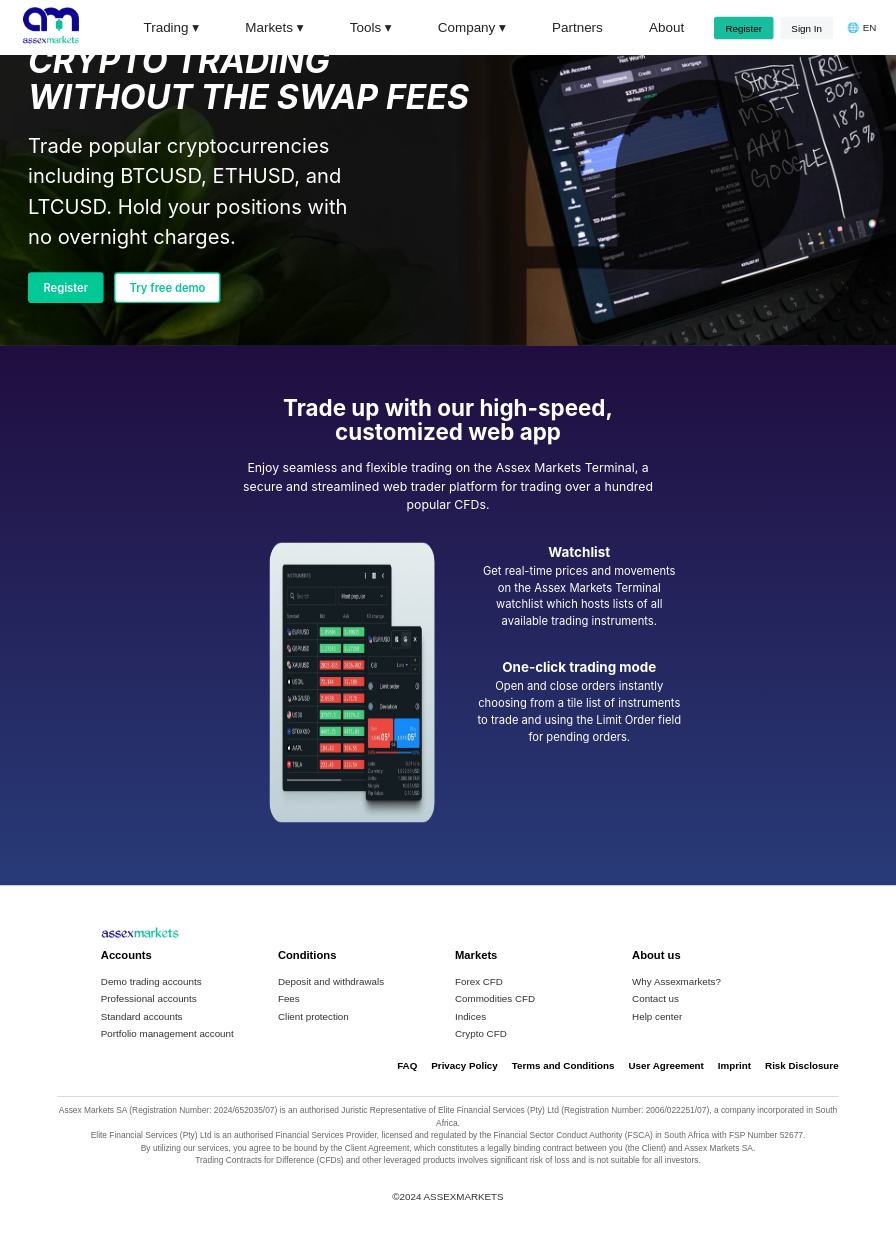
Repository: RevenewMarketing/Assex
Page: /webinar
The author's editor kept a copy of each file at every save. The page is drawn from the files as they stood at one save, then again after a run of saves.
The browser window is 1280 px wide. The pictures show the whole page, at 70% of full size.
The project was rebuilt for these pictures with package versions that can differ from the ones it lists, and the page was loaded fresh each time. Also part of the build but not shown: vite.config.ts, src/pages/home/sections/HeroSection.module.css, src/pages/home/sections/HeroSection.tsx, src/pages/home/sections/Section2.tsx, src/pages/home/sections/Section3.tsx, src/pages/home/sections/Section4.tsx, src/pages/home/sections/Section5.tsx, src/pages/home/sections/Section6.tsx and 32 more.

Above is the page before, as saved 2024-11-29 12:17:52.

### index.html
<!doctype html>
<html lang="en">
  <head>
    <meta charset="UTF-8" />
    <link rel="icon" type="image/svg+xml" href="/vite.svg" />
    <meta name="viewport" content="width=device-width, initial-scale=1.0" />
    <title>Assex</title>
  </head>
  <body>
    <div id="root"></div>
    <script type="module" src="/src/main.tsx"></script>
  </body>
</html>

### src/index.css
:root {
  font-family: Inter, system-ui, Avenir, Helvetica, Arial, sans-serif;
  line-height: 1.5;
  font-weight: 400;
  color-scheme: light dark;
  color: rgba(255, 255, 255, 0.87);
  background-color: #ffffff;
  font-synthesis: none;
  max-width: 1920px;
  margin: auto;
  text-rendering: optimizeLegibility;
  -webkit-font-smoothing: antialiased;
  -moz-osx-font-smoothing: grayscale;
  /* Smooth scrolling */
  scroll-behavior: smooth;
}

a {
  font-weight: 500;
  color: #646cff;
  text-decoration: inherit;
}

a:hover {
  color: #535bf2;
}

body {
  margin: 0;
  display: flex;
  place-items: center;
  min-width: 320px;
  min-height: 100vh;
  background-color: #FFF;
  /* align-content: center; */
  flex-direction: column;
  justify-content: flex-start;
}

h1 {
  font-size: 3.2em;
  line-height: 1.1;
}

button {
  border-radius: 8px;
  border: 1px solid transparent;
  padding: 0.6em 1.2em;
  font-size: 1em;
  font-weight: 500;
  font-family: inherit;
  background-color: #1a1a1a;
  cursor: pointer;
  transition: border-color 0.25s;
}

button:hover {
  border-color: #646cff;
}

button:focus,
button:focus-visible {
  outline: 4px auto -webkit-focus-ring-color;
}

@media (prefers-color-scheme: light) {
  :root {
    color: #213547;
    background-color: #ffffff;
  }

  a:hover {
    color: #747bff;
  }

  button {
    background-color: #f9f9f9;
  }
}

### src/App.tsx

import './App.css'
// import Navigation from './pages/home/Navigation'
import NavigationMenu from './components/navigation-menu/NavigationMenu'

import { BrowserRouter, Route, Routes } from 'react-router';
import Home from './pages/home/Home';
import Footer from './components/footer-section/Footer';
import About from './pages/about/About';
import Partner from './pages/partner/Partner';
import AccountTypeCrypto from './pages/account_type_crypto/AccountTypeCrypto';
import Webinar from './pages/web-terminal/Webinar';

function App() {

  return (
    <>
    <BrowserRouter>
    <NavigationMenu />
    <Routes>
      <Route path="/" element={<Home />} />
      <Route path="/about" element={<About />} />
      <Route path="/partner" element={<Partner />} />
      <Route path="/atc" element={<AccountTypeCrypto />} />
      <Route path="/webinar" element={<Webinar />} />
      {/* Define other routes */}
    </Routes>
    <Footer />
  </BrowserRouter>


    </>
  )
}

export default App

### src/App.css
#root {
  max-width: 1920px;
  width: 100%;
  margin: 0 auto;
  padding: 0;
  text-align: center;
}

.logo {
  height: 6em;
  padding: 1.5em;
  will-change: filter;
  transition: filter 300ms;
}
.logo:hover {
  filter: drop-shadow(0 0 2em #646cffaa);
}
.logo.react:hover {
  filter: drop-shadow(0 0 2em #61dafbaa);
}

@keyframes logo-spin {
  from {
    transform: rotate(0deg);
  }
  to {
    transform: rotate(360deg);
  }
}

@media (prefers-reduced-motion: no-preference) {
  a:nth-of-type(2) .logo {
    animation: logo-spin infinite 20s linear;
  }
}

.card {
  padding: 2em;
}

.read-the-docs {
  color: #888;
}

/* Auth Buttons */
.authButtons {
  /* margin-left: auto; */
  display: flex;
  gap: 10px;
}

### src/components/footer-section/Footer.tsx
import styles from './FooterStyles.module.css';
import essexLogo from '../../assets/pages/Global/2-Footer/1AssexMarket-WordMark.png';
import { Link } from 'react-router';

const footerContent = {
  accounts: [
    { title: 'Demo trading accounts', isActive: false },
    { title: 'Professional accounts', isActive: false },
    { title: 'Standard accounts', isActive: false },
    { title: 'Portfolio management account', isActive: false },
  ],
  conditions: [
    { title: 'Deposit and withdrawals', isActive: false },
    { title: 'Fees', isActive: false },
    { title: 'Client protection', isActive: false },
  ],
  markets: [
    { title: 'Forex CFD', isActive: false },
    { title: 'Commodities CFD', isActive: false },
    { title: 'Indices', isActive: false },
    { title: 'Crypto CFD', isActive: false },
  ],
  aboutUs: [
    { title: 'Why Assexmarkets?', isActive: false },
    { title: 'Contact us', isActive: false },
    { title: 'Help center', isActive: false },
  ],
  links: [
    { title: 'FAQ', isActive: false },
    { title: 'Privacy Policy', isActive: false },
    { title: 'Terms and Conditions', isActive: false },
    { title: 'User Agreement', isActive: false },
    { title: 'Imprint', isActive: false },
    { title: 'Risk Disclosure', isActive: false },
  ],
  details: [
    'Assex Markets SA (Registration Number: 2024/652035/07) is an authorised Juristic Representative of Elite Financial Services (Pty) Ltd (Registration Number: 2006/022251/07), a company incorporated in South Africa.',
    'Elite Financial Services (Pty) Ltd is an authorised Financial Services Provider, licensed and regulated by the Financial Sector Conduct Authority (FSCA) in South Africa with FSP Number 52677.',
    'By utilizing our services, you agree to be bound by the Client Agreement, which constitutes a legally binding contract between you (the Client) and Assex Markets SA.',
    'Trading Contracts for Difference (CFDs) and other leveraged products involves significant risk of loss and is not suitable for all investors.',
  ],
};

const Footer: React.FC = () => {
  return (
    <footer className={styles.footerContainer}>
      <div className={styles.logoContainer}>
        <img src={essexLogo} alt="Assex Markets Logo" />
      </div>
      <div className={styles.columnsContainer}>
        <div>
          <h4>Accounts</h4>
          <ul>
            {footerContent.accounts.map((account, index) => (
              <li
                key={index}
                className={!account.isActive ? styles.noDrag : undefined}
              >
                {account.title}
              </li>
            ))}
          </ul>
        </div>
        <div>
          <h4>Conditions</h4>
          <ul>
            {footerContent.conditions.map((condition, index) => (
              <li
                key={index}
                className={!condition.isActive ? styles.noDrag : undefined}
              >
                {condition.title}
              </li>
            ))}
          </ul>
        </div>
        <div>
          <h4>Markets</h4>
          <ul>
            {footerContent.markets.map((market, index) => (
              <li
                key={index}
                className={!market.isActive ? styles.noDrag : undefined}
              >
                {market.title}
              </li>
            ))}
          </ul>
        </div>
        <div>
          <Link to="/about">
            <h4>About us</h4>
          </Link>
          <ul>
            {footerContent.aboutUs.map((about, index) => (
              <li
                key={index}
                className={!about.isActive ? styles.noDrag : undefined}
              >
                {about.title}
              </li>
            ))}
          </ul>
        </div>
      </div>
      <div className={styles.linksContainer}>
        {footerContent.links.map((link, index) => (
          <a
            href="#"
            key={index}
            className={!link.isActive ? styles.noDrag : undefined}
          >
            {link.title}
          </a>
        ))}
      </div>
      <div className={styles.details}>
        {footerContent.details.map((detail, index) => (
          <p key={index}>{detail}</p>
        ))}
      </div>
      <div className={styles.copyright}>
        <p>©2024 ASSEXMARKETS</p>
      </div>
    </footer>
  );
};

export default Footer;

### src/pages/web-terminal/Webinar.tsx
import Section1 from "./sections/Section1"
import Section2 from "./sections/Section2"




const Webinar = () => {
  return (
    <div>
      <Section1 />
      <Section2 />

    </div>
  )
}

export default Webinar

### src/components/navigation-menu/NavigationMenu.module.css
.navigationContainer {
  position: relative;
  font-family: Arial, sans-serif;
}

/* Navigation Bar */
.navigationBar {
  position: fixed;
  top: 0;
  left: 0;
  width: 100%;
  display: flex;
  background-color: #ffffff;
  padding: 10px 20px;
  box-sizing: border-box;
  z-index: 1001;
  justify-content: center;
  align-items: center;
}

/* Menu Item Container */
.menuItemContainer {
  margin-right: 20px;
}

/* Menu Items */
.menuItem {
  background: none;
  border: none;
  color: rgb(34, 34, 34);
  font-size: 1.2rem;
  cursor: pointer;
  transition: opacity 0.3s;
}

.menuItem:hover {
  opacity: 0.7;
}

.active {
  opacity: 0.5;
}

.navLogo {
  margin-right: 5dvw;
}

.languageSelector {
  margin-left: 20px;
  display: flex;
  align-items: center;
  font-size: 14px;
  color: #000000d8;
  cursor: pointer;
}

.globeIcon {
  margin-right: 5px;

}

/* Submenu */
.submenu {
  position: fixed;
  top: 50px;
  left: 0;
  width: 100%;
  height: 300px;
  background-color: #ffffff;
  box-shadow: 0 4px 8px rgba(0, 0, 0, 0.2);
  padding: 20px;
  box-sizing: border-box;
  z-index: 1000;
  opacity: 0;
  transform: translateY(-100%);
}

.submenuContent {
  display: flex
  ;
      justify-content: flex-start;
      gap: 10dvw;
      padding: 0 5dvw;
}

.submenuSection h4 {
  color: #00b074;
  font-size: 1.2rem;
}

.submenuSection p {
  font-size: 1.2rem;
}

.submenuSection {
  text-align: left;
}

.submenuSection a {
  color: #000000;
  text-decoration: none;
  cursor: pointer;
  transition: color 0.3s;
}

.submenuSection a:hover {
  color: #00b074;
  transition: color 0.3s;
}

/* Fade In Animation */
.fadeIn {
  animation: slide-in-top 0.3s cubic-bezier(0.25, 0.46, 0.45, 0.94) forwards;
}

@keyframes slide-in-top {
  0% {
    transform: translateY(-100%);
    opacity: 0;
  }
  100% {
    transform: translateY(0);
    opacity: 1;
  }
}

/* Fade Out Animation */
.fadeOut {
  animation: slide-out-top 0.3s cubic-bezier(0.25, 0.46, 0.45, 0.94) forwards;
}

@keyframes slide-out-top {
  0% {
    transform: translateY(0);
    opacity: 1;
  }
  100% {
    transform: translateY(-100%);
    opacity: 0;
  }
}





/* Overlay */
.overlay {
  position: fixed;
  top: 50px;
  left: 0;
  width: 100%;
  height: calc(100% - 50px);
  background: rgba(0, 0, 0, 0.5);
  z-index: 999;
  opacity: 0;
  visibility: hidden;
  transition: opacity 0.3s ease, visibility 0.3s ease;
}

.fadeInOverlay {
  opacity: 1;
  visibility: visible;
  backdrop-filter: blur(5px);
}

.fadeOutOverlay {
  opacity: 0;
  visibility: hidden;
}

/* Page Content */
.pageContent {
  /* padding: 80px 20px 20px 20px; */
  transition: opacity 0.3s;
}

.dimmed {
  opacity: 0.3;
}

### src/components/ReusableButton.tsx

import styles from './GlobalComponentStyles.module.css';

type Props = {
  link?: string;
  text: string;
  type: 'register' | 'sign-in' | 'logout' | 'profile' | 'settings' | 'help' | 'free-trial' | 'learn-more' | 'dark' | 'light';
};

export default function ReusableButton({ link, text, type }: Props) {
  return (
      <button
      style={{
        backgroundColor: type === 'register' ? '#19BC9C' :
        type === 'sign-in' ? '#F4F6F7' :
        type === 'logout' ? '#FF6347' :
        type === 'profile' ? '#FFA07A' :
        type === 'settings' ? '#FF7F50' :
        type === 'help' ? '#FFA500' :
        type === 'free-trial' ? '#FFD700' :
        type === 'learn-more' ? '#FF4500' :
        type === 'dark' ? '#4C4B4D' :
        type === 'light' ? '#fff' : '#000',
        color: type === 'dark' ? '#fff' : '#000'
      }}
        className={styles.registerButton}
        onClick={() => window.open(link, '_blank')}
      >{text}
      </button>

  );
}

### src/components/footer-section/FooterStyles.module.css
.footerContainer {
  background-color: #ffffff;
  color: #333;
  padding: 60px 20px;
  font-family: Arial, sans-serif;
  font-size: 14px;
  line-height: 1.8;
}

.footerContainer h4 {
  font-size: 16px;
  font-weight: bold;
  margin-bottom: 10px;
  color: #000;
  text-align: left;
  margin-top: 0;
}

.footerContainer ul {
  list-style-type: none;
  padding: 0;
  margin: 0;
  text-align: left;
}

.footerContainer ul li {
  margin-bottom: 0px;
  cursor: pointer;
}

.footerContainer ul li:hover {
  color: #00b894;
}

.footerContainer .columnsContainer {
  display: flex;
  justify-content: space-between;
  gap: 20px;
  flex-wrap: wrap;
  margin-bottom: 40px;
  width: 80%;
  margin: auto;
}

.noDrag {
  cursor: no-drop !important;
}

.footerContainer .columnsContainer>div {
  flex: 1;
  min-width: 180px;
  /* Ensures alignment and proper spacing */
}

.linksContainer {
  display: flex;
  gap: 20px;
  justify-content: flex-end;
  width: 95%;
}

.linksContainer a {
  color: #000000 !important;
  font-weight: 600;
}

.footerContainer .linksContainer {
  text-align: center;
  margin: 20px 0 30px;
}

.footerContainer .linksContainer a {
  color: #007bff;
  text-decoration: none;
  margin: 0px;
  font-size: 14px;
}

.footerContainer .linksContainer a:hover {
  text-decoration: underline;
}

.footerContainer .details {
  font-size: 12px;
  color: #666;
  line-height: 1.5;
  margin: 20px auto;
  text-align: center;
  width: 90%;
  border-top: 1px solid #80808061;
  padding-top: 10px;
}

.footerContainer .details p {
  margin-bottom: 15px;
}

.footerContainer .logoContainer {
  text-align: left;
  margin: auto;
  width: 80%;
}

.footerContainer .logoContainer img {
  max-width: 150px;
}

.footerContainer .copyright {
  text-align: center;
  font-size: 14px;
  margin-top: 30px;
}


.details p {
  margin: 0 !important;
}

### src/pages/web-terminal/sections/Section1.tsx

import styles from './Section1.module.css';

const textContent = {
  title: 'CRYPTO TRADING WITHOUT THE SWAP FEES',
  subtitle: 'Trade popular cryptocurrencies including BTCUSD, ETHUSD, and LTCUSD. Hold your positions with no overnight charges.',
  registerButton: 'Register',
  demoButton: 'Try free demo',
};

const Section1: React.FC = () => {
  return (
    <section className={styles.container}>
    <div className={styles.textContainer}>
       <i> <h1 className={styles.title}>{textContent.title}</h1></i>
        <p className={styles.subtitle}>{textContent.subtitle}</p>
    </div>
      <div className={styles.buttonsContainer}>
        <button className={`${styles.button} ${styles.primaryButton}`}>{textContent.registerButton}</button>
        <button className={styles.button}>{textContent.demoButton}</button>
      </div>
    </section>
  );
};

export default Section1;

### src/pages/web-terminal/sections/Section2.tsx

import styles from './Section2.module.css';
import webAppImage from '../../../assets/pages/Web-Terminal/2-section1-Image1.png';

const content = {
  title: "Trade up with our high-speed, customized web app",
  description:
    "Enjoy seamless and flexible trading on the Assex Markets Terminal, a secure and streamlined web trader platform for trading over a hundred popular CFDs.",
  watchlistTitle: "Watchlist",
  watchlistDescription:
    "Get real-time prices and movements on the Assex Markets Terminal watchlist which hosts lists of all available trading instruments.",
  tradingModeTitle: "One-click trading mode",
  tradingModeDescription:
    "Open and close orders instantly choosing from a tile list of instruments to trade and using the Limit Order field for pending orders.",
};

const Section2: React.FC = () => {
  return (
    <div className={styles.section}>
      <div className={styles.textContainer}>
       <div className={styles.headerContent} >
          <h1 className={styles.title}>{content.title}</h1>
          <p className={styles.description}>{content.description}</p>
       </div>

       <div className={styles.innerContents} >
          <div className={styles.features}>
            <div className={styles.feature}>
              <h2 className={styles.featureTitle}>{content.watchlistTitle}</h2>
              <p className={styles.featureDescription}>
                {content.watchlistDescription}
              </p>
            </div>
            <div className={styles.feature}>
              <h2 className={styles.featureTitle}>
                {content.tradingModeTitle}
              </h2>
              <p className={styles.featureDescription}>
                {content.tradingModeDescription}
              </p>
            </div>
          </div>

          <img
          className={styles.imagePlaceholder}
          src={webAppImage}
          alt="Web App"
        />
        </div>

       </div>

    </div>
  );
};

export default Section2;

### src/components/GlobalComponentStyles.module.css


.registerButton {
  background-color: #00b074;
  color: white;
  border: none;
  padding: 8px 16px;
  font-size: 14px;
  border-radius: 4px;
  cursor: pointer;
}

.signInButton {
  background-color: #f4f4f4;
  color: #333;
  border: 1px solid #ccc;
  padding: 8px 16px;
  font-size: 14px;
  border-radius: 4px;
  cursor: pointer;
}

### src/pages/web-terminal/sections/Section1.module.css
.container {
  background-image: url('../../../assets/pages/Crypto/1-cryptoBanner.jpg'); /* Replace with your background image path */
  background-size: cover;
  background-position: center;
  background-repeat: no-repeat;
  min-height: 63dvh;
  display: flex;
  flex-direction: column;
  justify-content: center;
  align-items: flex-start;
  padding: 20px 40px;
  background-color: rgba(0, 0, 0, 0.73);
  max-width: inherit;
}

@media (max-width: 768px) {
  .container {
    height: auto;
    padding: 15px;
  }
}

.title {
  font-size: 3rem; /* Reduced from 5rem for better scaling */
  font-weight: 700;
  color: white;
  margin: 0 0 20px;
  text-align: left;
}

@media (max-width: 768px) {
  .title {
    font-size: 2.2rem; /* Scaled down for smaller screens */
    margin-bottom: 15px;
  }
}

.textContainer {
  width: 55%;
}

@media (max-width: 768px) {
  .textContainer {
    width: 100%; /* Ensure text occupies full width on smaller screens */
  }
}

.subtitle {
  font-size: 1.8rem; /* Reduced from 2rem for consistency */
  color: white;
  margin: 0 0 30px;
  text-align: left;
  width: 72%;
}

@media (max-width: 768px) {
  .subtitle {
    font-size: 1.2rem; /* Adjusted for smaller screens */
    margin-bottom: 20px;
    width: 100%; /* Occupy full width for better readability */
  }
}

.buttonsContainer {
  display: flex;
  gap: 15px;
}

@media (max-width: 768px) {
  .buttonsContainer {
    flex-direction: column;
    gap: 10px;
  }
}

.button {
  background-color: white;
  color: #00c897;
  border: 2px solid #00c897;
  border-radius: 5px;
  font-size: 1rem; /* Consistent button text size */
  font-weight: 600;
  padding: 10px 20px;
  cursor: pointer;
  transition: all 0.3s ease;
}

.button:hover {
  background-color: #e8f8f4;
}

.primaryButton {
  background-color: #00c897;
  color: white;
}

.primaryButton:hover {
  background-color: #00b087;
}

@media (max-width: 768px) {
  .button {
    width: 100%;
    text-align: center;
  }
}

### src/pages/web-terminal/sections/Section2.module.css
.section {
  display: flex;
  justify-content: space-between;
  align-items: center;
  background: rgb(40, 59, 121);
  background: linear-gradient(0deg, rgba(40, 59, 121, 1) 0%, rgba(32, 13, 63, 1) 100%);
  color: #ffffff;
  padding: 50px;
  flex-direction: column;
}

.textContainer {
  max-width: 50%;
}

.innerContents {
  display: flex;
  flex-direction: row-reverse;
  flex-wrap: wrap;
  width: 100%;
  justify-content: space-between;
  align-content: center;
  margin: 40px;
}

.title {
  font-size: 2rem;
  font-weight: bold;
  margin-bottom: 20px;
}

.description {
  font-size: 1.1rem;
  margin-bottom: 30px;
}

.features {
  display: flex;
  flex-direction: column;
  gap: 20px;
  width: 50%;
}

.feature {
  margin-bottom: 20px;
}

.featureTitle {
  font-size: 1.2rem;
  font-weight: bold;
  margin: 0;
}

.featureDescription {
  font-size: 1rem;
  line-height: 1.5;
  margin: 0;
}

.imagePlaceholder {
  width: 40%;
  height: 400px;
  transition: all 0.3s;
  border-radius: 10px;
}

.imagePlaceholder:hover {
  transform: scale(1.2);
}

Loaded but not shown: src/main.tsx (common file); src/components/navigation-menu/NavigationMenu.tsx (271 lines, source omitted)

After the next 2 saves:
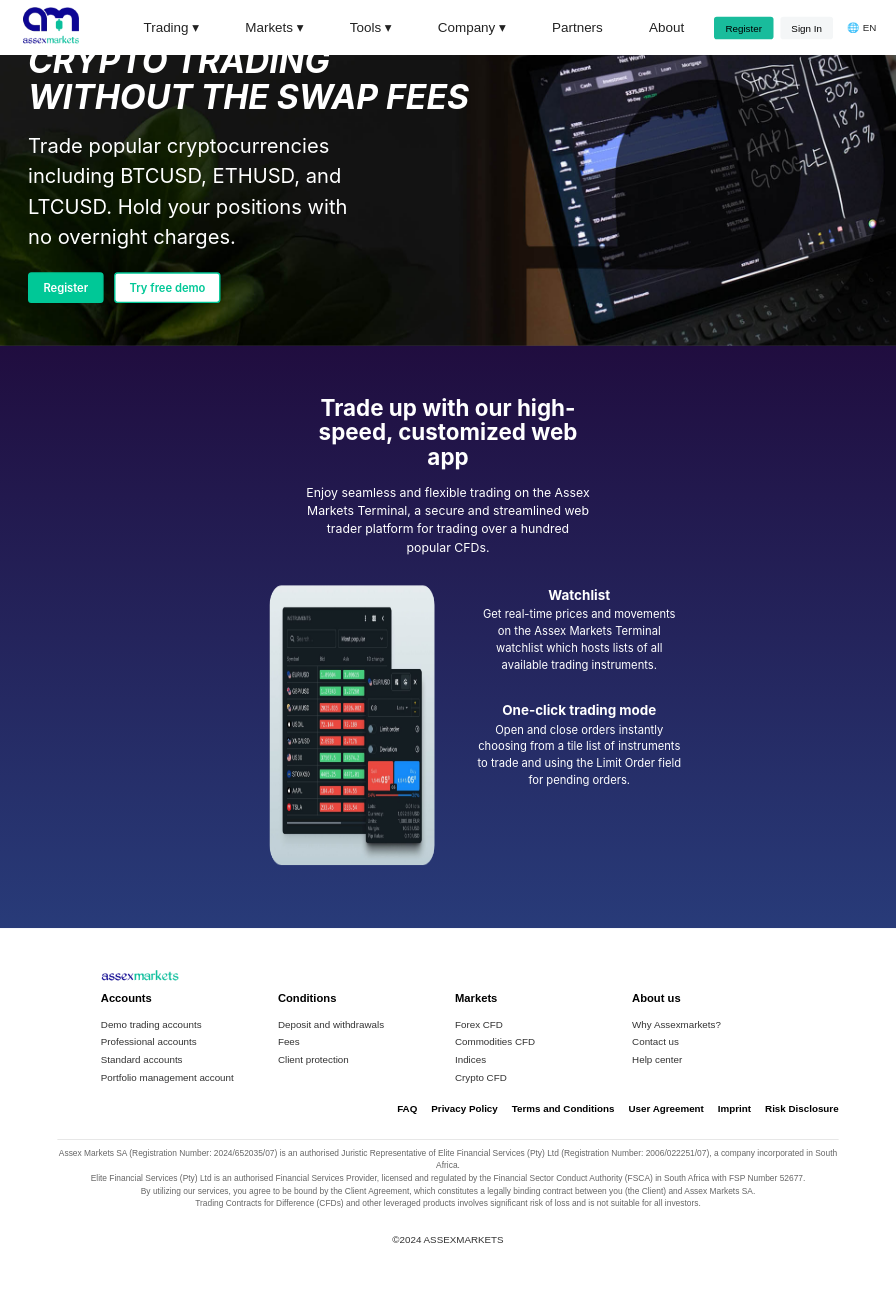
The 2 saves are shown as one change because they came seconds apart.
The last was saved 60 s later.
--- a/src/pages/web-terminal/sections/Section2.module.css
+++ b/src/pages/web-terminal/sections/Section2.module.css
@@ -11,6 +11,11 @@
 
 .textContainer {
   max-width: 50%;
+}
+
+.headerContent {
+  width: 70%;
+  margin: auto;
 }
 
 .innerContents {
